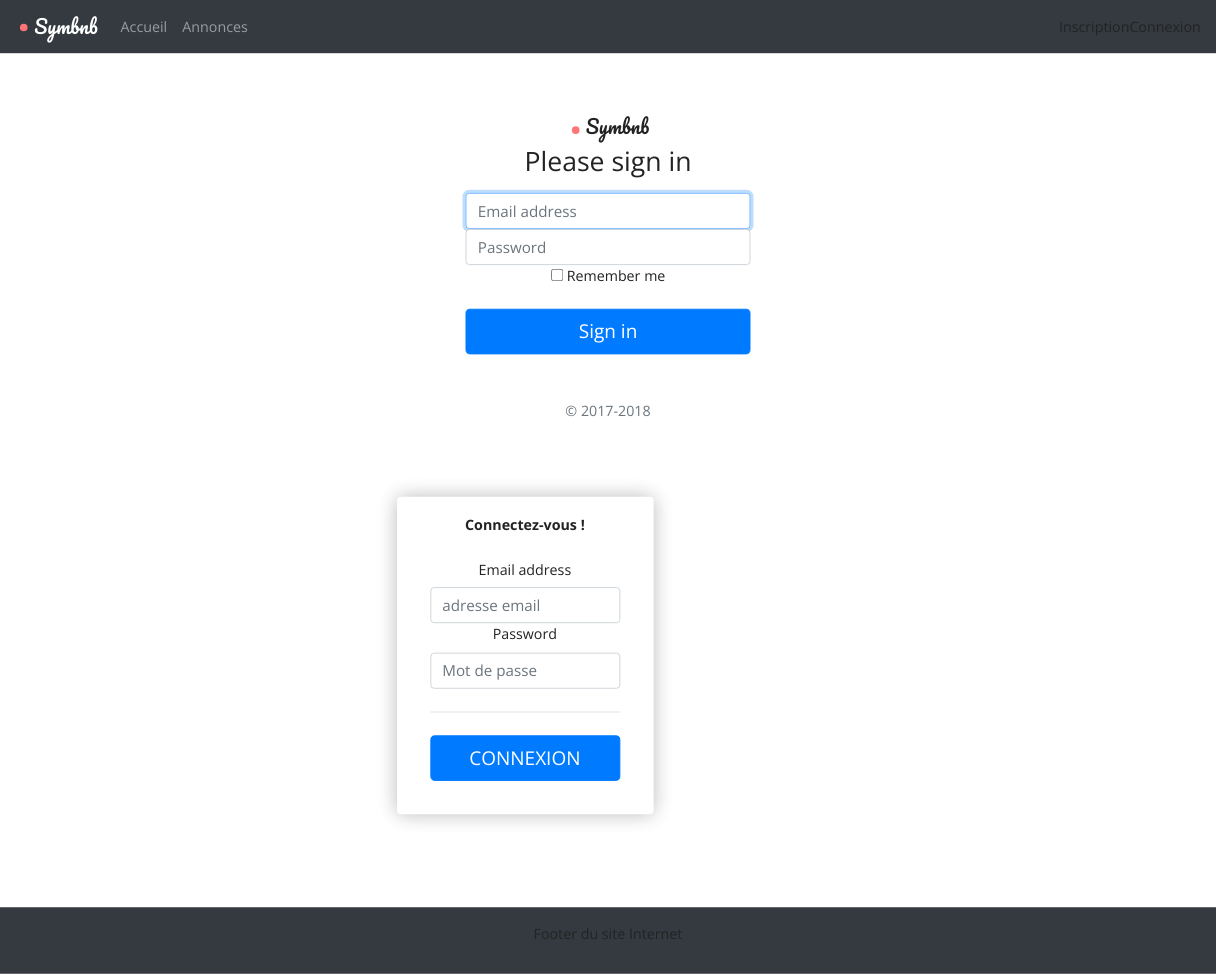
Repository: buzzEclair/symbnb
Page: templates/account/login.html.twig
The author's editor kept a copy of each file at every save. The page is drawn from the files as they stood at one save, then again after the next save.
The browser window is 1280 px wide. The pictures show the whole page, at 95% of full size.
The page is a Twig template of a Symfony application; nobody is signed in and links lead nowhere. The template is opened directly, without the code that normally fills it, so the values that code supplies are empty.

Above is the page before, as saved 2019-03-15 14:07:15.

### templates/account/login.html.twig
{% extends 'base.html.twig' %}

{% block title %}Connectez vous !{% endblock %}

{% block body %}
<div class="container text-center">
        <form class="form-signin">
                <h1 class="logo">Symbnb</h1>
                <h1 class="h3 mb-3 font-weight-normal">Please sign in</h1>
                {% if hasError %}
                    <div class="alert alert-danger">Une erreur est survenue, le nom d'utilisateur est invalide</div>
                 {% endif %}
                <label for="inputEmail" class="sr-only">Email address</label>
                <input type="email" id="inputEmail" class="form-control" placeholder="Email address" required="" autofocus="">
                <label for="inputPassword" class="sr-only">Password</label>
                <input type="password" id="inputPassword" class="form-control" placeholder="Password" required="">
                <div class="checkbox mb-3">
                  <label>
                    <input type="checkbox" value="remember-me"> Remember me
                  </label>
                </div>
                <button class="btn btn-lg btn-primary btn-block" type="submit">Sign in</button>
                <p class="mt-5 mb-3 text-muted">© 2017-2018</p>
              </form>
    <div class="row">
        <div class="col-sm-9 col-md-7 col-lg-5 mx-auto">
            <div class="card card-signin my-5">
            <div class="card-body">
                <h5 class="card-title text-center">Connectez-vous !</h5>



                <form class="form-signin" action="{{ path('account_login') }}" method="POST">
                <div class="form-label-group">
                    <label for="email">Email address</label>

                    <input type="text" class="form-control" name="_username" id="email" placeholder="adresse email" required autofocus value={{username}}>
                </div>

                <div class="form-label-group">
                    <label for="password">Password</label>
                    <input type="password" name="_password" id="password" placeholder="Mot de passe" class="form-control" required >

                </div>

                <hr class="my-4">
                <button class="btn btn-lg btn-primary btn-block text-uppercase" type="submit">Connexion</button>
                </form>
            </div>
            </div>
        </div>
    </div>
</div>
{% endblock %}

### templates/base.html.twig
<!DOCTYPE html>
<html>
    <head>
        <meta charset="UTF-8">
        <title>{% block title %}Welcome!{% endblock %}</title>
        <link rel="stylesheet" href="/css/bootstrap.min.css">
        <link rel="stylesheet" href="https://use.fontawesome.com/releases/v5.7.2/css/all.css" integrity="sha384-fnmOCqbTlWIlj8LyTjo7mOUStjsKC4pOpQbqyi7RrhN7udi9RwhKkMHpvLbHG9Sr" crossorigin="anonymous">
        <link href="https://fonts.googleapis.com/css?family=Open+Sans:400,600,700" rel="stylesheet">
        <link href="https://fonts.googleapis.com/css?family=Pacifico" rel="stylesheet">

        <link rel="stylesheet" href="/css/base.css">
        {% block stylesheets %}{% endblock %}
    </head>
    <body>

        {% include 'partials/header.html.twig' %}


        {% block body %}{% endblock %}
        {% include 'partials/footer.html.twig' %}
        <script src="/js/jquery.min.js"></script>
        <script src="/js/popper.min.js"></script>
        <script src="/js/bootstrap.min.js"></script>
        {% block javascripts %}{% endblock %}
    </body>
</html>

### templates/partials/header.html.twig
<nav class="navbar navbar-expand-md navbar-dark bg-dark">
    <a class="navbar-brand logo" href="{{path('homepage')}}"><span class="round-logo"></span>Symbnb</a>


    {% if is_granted('ROLE_ADMIN') %}
    <a href="{{path('admin_dashboard')}}">Dashboard</a>
    {% endif %}
    <button class="navbar-toggler" type="button" data-toggle="collapse" data-target="#navbarColor01" aria-controls="navbarColor01" aria-expanded="false" aria-label="Toggle navigation">
        <span class="navbar-toggler-icon"></span>
    </button>

    <div class="collapse navbar-collapse" id="navbarColor01">
        <ul class="navbar-nav mr-auto">
            <li class="">
                <a class="nav-link" href="{{path('homepage')}}">Accueil </a>
            </li>
            <li class="">
                <a class="nav-link" href="{{path('ads_index')}}">Annonces </a>
            </li>
        </ul>

        <ul class="navbar-nav ml-auto">
            {% if app.user %}
            <div class="dropdown">
                <button class="btn btn-dark dropdown-toggle btn-sm" type="button" id="dropdownMenuButton" data-toggle="dropdown" aria-haspopup="true" aria-expanded="false">
                    <img src="{{ app.user.picture }}" alt="{{ app.user.slug }}" class="rounded-circle user-avatar-nav" > {{app.user.firstName}}
                </button>
                <div class="dropdown-menu dropdown-menu-right dropdown-account" aria-labelledby="dropdownMenuButton ">
                    <a class="dropdown-item" href="{{ path('account_index') }}"><i class="fas fa-user-circle"></i> Mon compte</a>
                    <div class="dropdown-divider"></div>
                    <a class="dropdown-item" href="{{ path('ads_create') }}"><i class="fas fa-list-alt"></i> Créer une annonce</a>
                    <a class="dropdown-item" href="{{ path('account_bookings') }}"><i class="fas fa-book"></i> Mes réservations</a>
                    <a class="dropdown-item" href="{{ path('account_profile') }}"><i class="fas fa-info-circle"></i> Modifier mes informations</a>
                    <a class="dropdown-item" href="{{ path('account_update_password') }}"><i class="fas fa-key"></i> Changer de mot de passe</a>

                    <div class="dropdown-divider"></div>
                    <a class="dropdown-item" href="{{ path('account_logout') }}"><i class="fas fa-times-circle"></i> Logout</a>
                </div>
            </div>
            {% else %}
                <li class="nav-item">
                    <a href="{{ path('account_register') }}">Inscription</a>
                </li>
                <li class="nav-item">
                    <a href="{{ path('account_login') }}">Connexion</a>
                </li>
            {% endif %}

        </ul>

    </div>
</nav>

{% for label, messages in app.flashes %}
    <div class="container">
        <div class="alert alert-{{label}}">
            {% for message in messages %}
                <p>{{ message | raw }}</p>
            {% endfor %}
        </div>
    </div>
{% endfor %}

### templates/partials/footer.html.twig
<footer class="mt-5 bg-dark py-3 text-center mt-5">
    <p>Footer du site Internet</p>
</footer>

### public/css/base.css
body, a{
    color: #232323;
    font-family: 'Open Sans', sans-serif;
    font-size: 15px;
}

.logo{
    font-family: 'Pacifico', cursive;
    font-size: 20px;
    position: relative;
    margin-left: 20px;
}

.logo::before{
    content: '';
    position: absolute;
    width: 8px;
    height: 8px;
    border-radius: 100%;
    background: #fe7576;
    margin-top: 12px;
    margin-left: -15px;;
}

ul{
    padding: 0;
}

ul li{
    list-style: none;
}
.card-parameter-stars i{
    color: #008489;
    font-size: 12px;
    letter-spacing: -3px;
}

.datepicker table tr td.disabled{
    color: crimson !important;
    background: rgba(0, 0, 0, 0.815);
}

.container{
    margin-top: 50px;
}

.card{
    max-width: 270px;
    border: none;
    margin-bottom: 50px !important;
    box-shadow: 1px 1px 21px 0 rgba(0,0,0,0.14), -1px -1px 21px 0 rgba(0,0,0,0.14);
    transition-duration: 0.5s;
}

.card h6{
   font-size: 13px;
   font-weight: 600;
}

.card h5{
   font-size: 15px;
   font-weight: 900;
}

.card-ad img{
    min-height: 160px;
}

.card:hover{
    box-shadow: 1px 1px 21px rgba(254,117,118,0.4), -1px -1px 21px 0 rgba(254,117,118,0.4);
}

.card-info-1{
    font-size: 13px;
}

.card-info-2{
    font-size: 13px;
    font-weight: 600;
    margin-bottom: 0;
}

a:hover{
    text-decoration: none;
    color: #232323;
}

.title-page-header{
    margin-bottom: 40px;
}

.user-avatar-nav{
    width: 30px;
    margin-right: 5px;
}

.dropdown-account i {
    color: #008489;
}

.block-profile{
    box-shadow: 1px 1px 21px 0 rgba(0, 0, 0, 0.062), -1px -1px 21px 0 rgba(0, 0, 0, 0.062);
    border-radius: 4px;
    padding: 10px;
    margin-bottom: 30px;
}

.block-profile p{
    margin-bottom: 5px;
}

.block-profile .booking-profile .booking-profile-ligne{
    background: #f3f3f3;
    height: 80px;
    width: 100%;
    border-radius: 4px;
    display: flex;
    align-items: center;
    margin-bottom: 5px;
    margin-top: 5px;
}

.block-profile .booking-profile .booking-profile-ligne img{
    width: 60px;
    height: 60px;
    border-radius: 100%;
}

.block-profile .booking-profile .booking-profile-ligne .info-booking-profile{
    font-size: 11px;
    display: flex;
    flex-direction: column;
}

.block-profile .booking-profile .booking-profile-ligne .info-booking-profile span{
    margin-left: 10px;
}

.block-profile .booking-profile .booking-profile-ligne .info-booking-profile a{
    font-size: 10px;
    background: #fe7576;
    color: white;
}

.block-profile .ad-profile a img{
    width: 100px;
    height: 100px;
    border-radius: 100%;

}
.block-profile .ad-profile p{
    font-size: 13px;
    color: #008489;
}

.profile-option li{
    margin-top: 20px;
    font-size: 12px;
}

.ad-content{
    margin-top: 50px;
}

.ad-info h5{
    font-size: 15px;
    font-weight: 600;
}

.ad-info h4{
    font-size: 25px;
    font-weight: 900;
}

.ad-info h6{
    font-size: 15px;
}

.img-ad{
    padding:0;
}

.img-ad img{
   width: 100%;
}

.card-booking{
    max-width: 100%;
}

.card-booking .img-ad-user{
    height: 45px;
    border-radius: 100%;
}

span.price-booking{
    font-size: 21px;
    font-weight: 900;
}

.card-booking-stars{
    font-size: 13px;
}
.card-booking-stars .param-booking-stars i{
    color: #008489;
    font-size: 10px;
    letter-spacing: -3px;
}

.card-parameter-vote{
    margin-left: 5px;
}

.btn-booking{
    display: block;
    background: #fe7576;
    height: 42px;
    width: 80%;
    color: white;
    text-align: center;
    line-height: 40px;
}

.btn-booking:hover{
    color: white;
}
.media-comment{
    margin-bottom: 20px;
}
.media-comment img{
    width: 64px;
}

.media-comment h5{
    font-size: 15px;
}

.media-comment i{
    font-size: 11px;
    letter-spacing: -3px;
    color: #008489;
}

.media-body{
    background: #c4dedf;
    padding: 5px;
    border-radius: 4px;
}

.card-ad{
    margin: 0 auto;
}

.form-signin {
    width: 100%;
    max-width: 330px;
    padding: 15px;
    margin: 0 auto;
}

Loaded but not shown: public/css/bootstrap.min.css (library); public/js/jquery.min.js (library); public/js/popper.min.js (library); public/js/bootstrap.min.js (library)

After the next save:
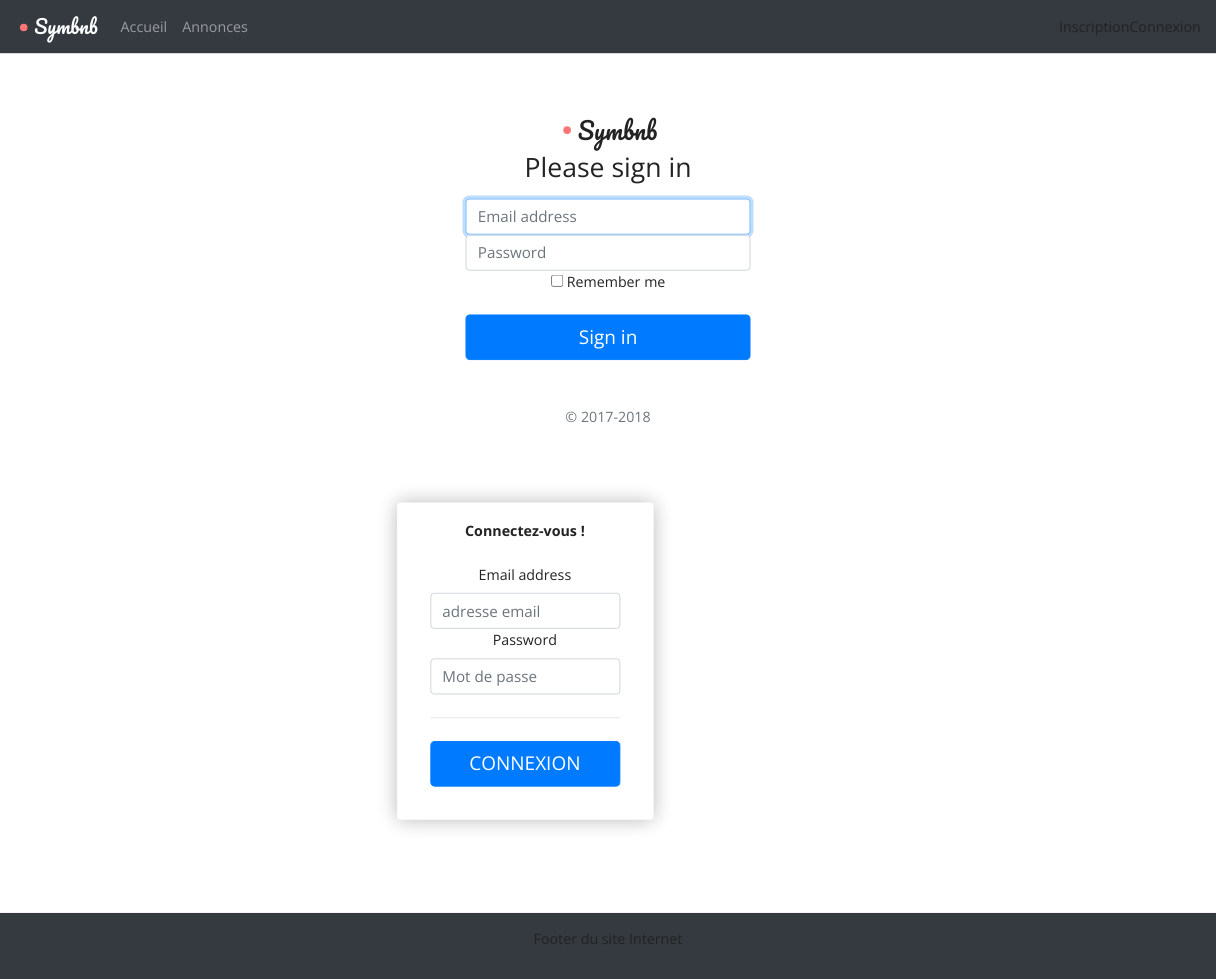
Saved 29 s later.
--- a/public/css/base.css
+++ b/public/css/base.css
@@ -257,3 +257,7 @@ span.price-booking{
     padding: 15px;
     margin: 0 auto;
 }
+
+h1.logo{
+    font-size: 25px;
+}
